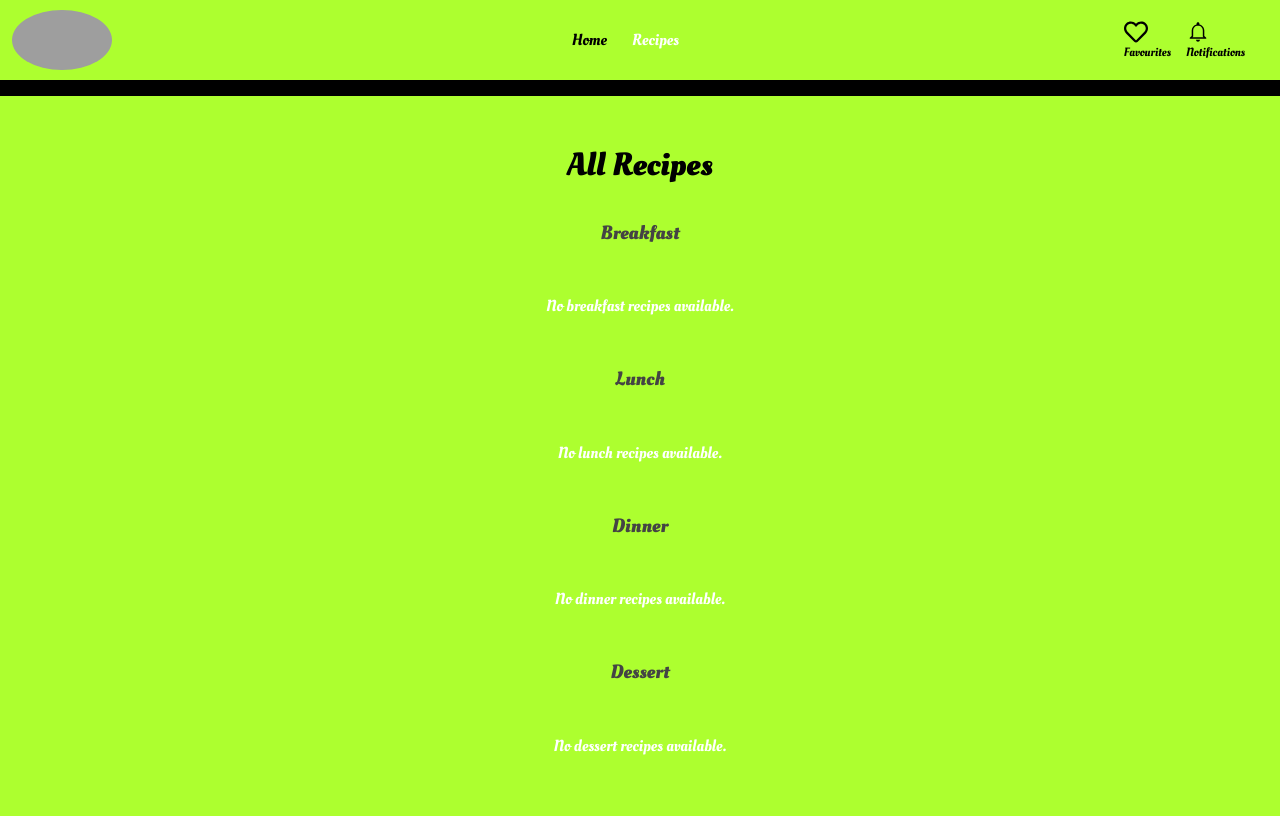
Repository: KaraboM20/foodify-app-project-by-MmakoKay
Page: /recipes
The author's editor kept a copy of each file at every save. The page is drawn from the files as they stood at one save, then again after a run of saves.
The browser window is 1280 px wide. The pictures show the whole page.
Pictures or frames that could not be fetched are drawn as grey boxes. The page's requests for data from a server got no answer. The project was rebuilt for these pictures with package versions that can differ from the ones it lists, and the page was loaded fresh each time. No one was signed in, and anything a server would have sent is missing. Also part of the build but not shown: src/Pages/Home.css, src/Pages/RecipeLists.css, src/Pages/RecipeLists.js, src/components/Searchbox.css, src/components/Searchbox.js, src/Pages/Home.js, src/Pages/Favorites.css, src/Pages/Favorites.js and 4 more.

Above is the page before, as saved 2025-03-17 00:28:27.

After the next 2 saves:
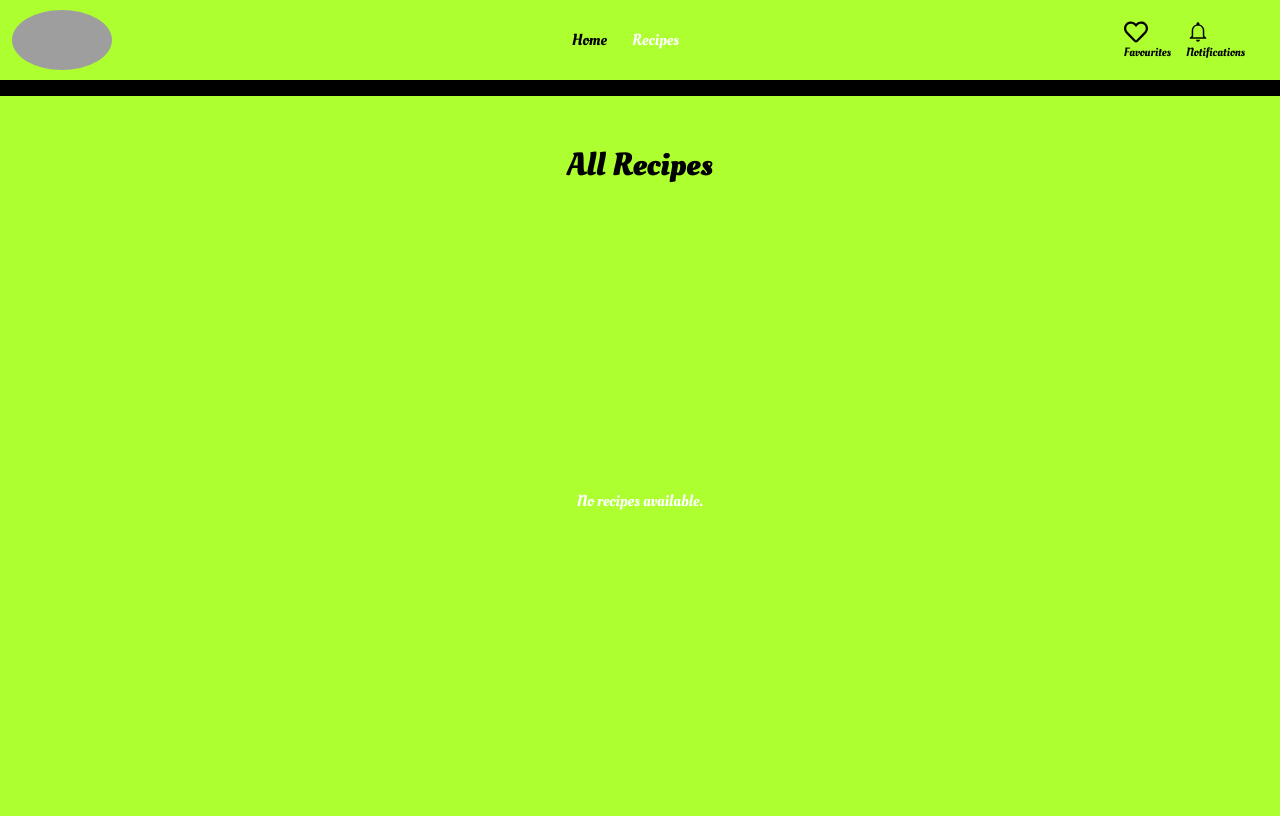
The 2 saves are shown as one change because they came seconds apart.
The last was saved 5 min 0 s later.
--- a/src/Pages/Recipes.js
+++ b/src/Pages/Recipes.js
@@ -8,12 +8,6 @@ import { addFavorite } from '../redux/favoritesSlice';
 
 const Recipes = () => {
   const [allRecipes, setAllRecipes] = useState([]); // Local state for all recipes
-  const [groupedRecipes, setGroupedRecipes] = useState({
-    breakfast: [],
-    lunch: [],
-    dinner: [],
-    dessert: [],
-  });
   const dispatch = useDispatch();
 
   // Fetch all recipes on mount
@@ -22,7 +16,7 @@ const Recipes = () => {
       try {
         const data = await fetchRecipes(""); // Fetch all recipes, no category filter
         console.log("All recipes loaded:", data);
-        setAllRecipes(data); // Store in local state
+        setAllRecipes(data.slice(0, 20)); // Display only the first 20 recipes
       } catch (error) {
         console.error("Error loading recipes:", error);
       }
@@ -31,34 +25,6 @@ const Recipes = () => {
     loadRecipes();
   }, []); // Empty deps—runs once on mount
 
-  // Group recipes by category whenever allRecipes changes
-  useEffect(() => {
-    if (allRecipes.length > 0) {
-      const grouped = {
-        breakfast: [],
-        lunch: [],
-        dinner: [],
-        dessert: [],
-      };
-
-      allRecipes.forEach((recipe) => {
-        if (recipe.category) {
-          if (recipe.category === 'breakfast') {
-            grouped.breakfast.push(recipe);
-          } else if (recipe.category === 'lunch') {
-            grouped.lunch.push(recipe);
-          } else if (recipe.category === 'dinner') {
-            grouped.dinner.push(recipe);
-          } else if (recipe.category === 'dessert') {
-            grouped.dessert.push(recipe);
-          }
-        }
-      });
-
-      setGroupedRecipes(grouped);
-    }
-  }, [allRecipes]);
-
   const handleFavoriteClick = (recipe) => {
     dispatch(addFavorite(recipe));
   };
@@ -66,14 +32,11 @@ const Recipes = () => {
   return (
     <div className="recipes-container">
       <h2>All Recipes</h2>
-
-      {/* Breakfast Section */}
-      <h3>Breakfast</h3>
       <div className="recipes-list">
-        {groupedRecipes.breakfast.length === 0 ? (
-          <p>No breakfast recipes available.</p>
+        {allRecipes.length === 0 ? (
+          <p>No recipes available.</p>
         ) : (
-          groupedRecipes.breakfast.map((recipe) => (
+          allRecipes.map((recipe) => (
             <div key={recipe._id} className="recipes-card"> {/* Changed to _id */}
               <img src={recipe.image} alt={recipe.name} className="recipe-image" />
               <h3>{recipe.name}</h3>
@@ -89,75 +52,6 @@ const Recipes = () => {
           ))
         )}
       </div>
-
-      {/* Lunch Section */}
-      <h3>Lunch</h3>
-      <div className="recipes-list">
-        {groupedRecipes.lunch.length === 0 ? (
-          <p>No lunch recipes available.</p>
-        ) : (
-          groupedRecipes.lunch.map((recipe) => (
-            <div key={recipe._id} className="recipes-card">
-              <img src={recipe.image} alt={recipe.name} className="recipe-image" />
-              <h3>{recipe.name}</h3>
-              <span className="recipe-icons">
-                <Link to={`/${recipe._id}`}>
-                  <button className="recipe-link">View Details</button>
-                </Link>
-                <button className="recipe-icon" onClick={() => handleFavoriteClick(recipe)}>
-                  <FaRegHeart />
-                </button>
-              </span>
-            </div>
-          ))
-        )}
-      </div>
-
-      {/* Dinner Section */}
-      <h3>Dinner</h3>
-      <div className="recipes-list">
-        {groupedRecipes.dinner.length === 0 ? (
-          <p>No dinner recipes available.</p>
-        ) : (
-          groupedRecipes.dinner.map((recipe) => (
-            <div key={recipe._id} className="recipes-card">
-              <img src={recipe.image} alt={recipe.name} className="recipe-image" />
-              <h3>{recipe.name}</h3>
-              <span className="recipe-icons">
-                <Link to={`/${recipe._id}`}>
-                  <button className="recipe-link">View Details</button>
-                </Link>
-                <button className="recipe-icon" onClick={() => handleFavoriteClick(recipe)}>
-                  <FaRegHeart />
-                </button>
-              </span>
-            </div>
-          ))
-        )}
-      </div>
-
-      {/* Dessert Section */}
-      <h3>Dessert</h3>
-      <div className="recipes-list">
-        {groupedRecipes.dessert.length === 0 ? (
-          <p>No dessert recipes available.</p>
-        ) : (
-          groupedRecipes.dessert.map((recipe) => (
-            <div key={recipe._id} className="recipes-card">
-              <img src={recipe.image} alt={recipe.name} className="recipe-image" />
-              <h3>{recipe.name}</h3>
-              <span className="recipe-icons">
-                <Link to={`/${recipe._id}`}>
-                  <button className="recipe-link">View Details</button>
-                </Link>
-                <button className="recipe-icon" onClick={() => handleFavoriteClick(recipe)}>
-                  <FaRegHeart />
-                </button>
-              </span>
-            </div>
-          ))
-        )}
-      </div>
     </div>
   );
 };
